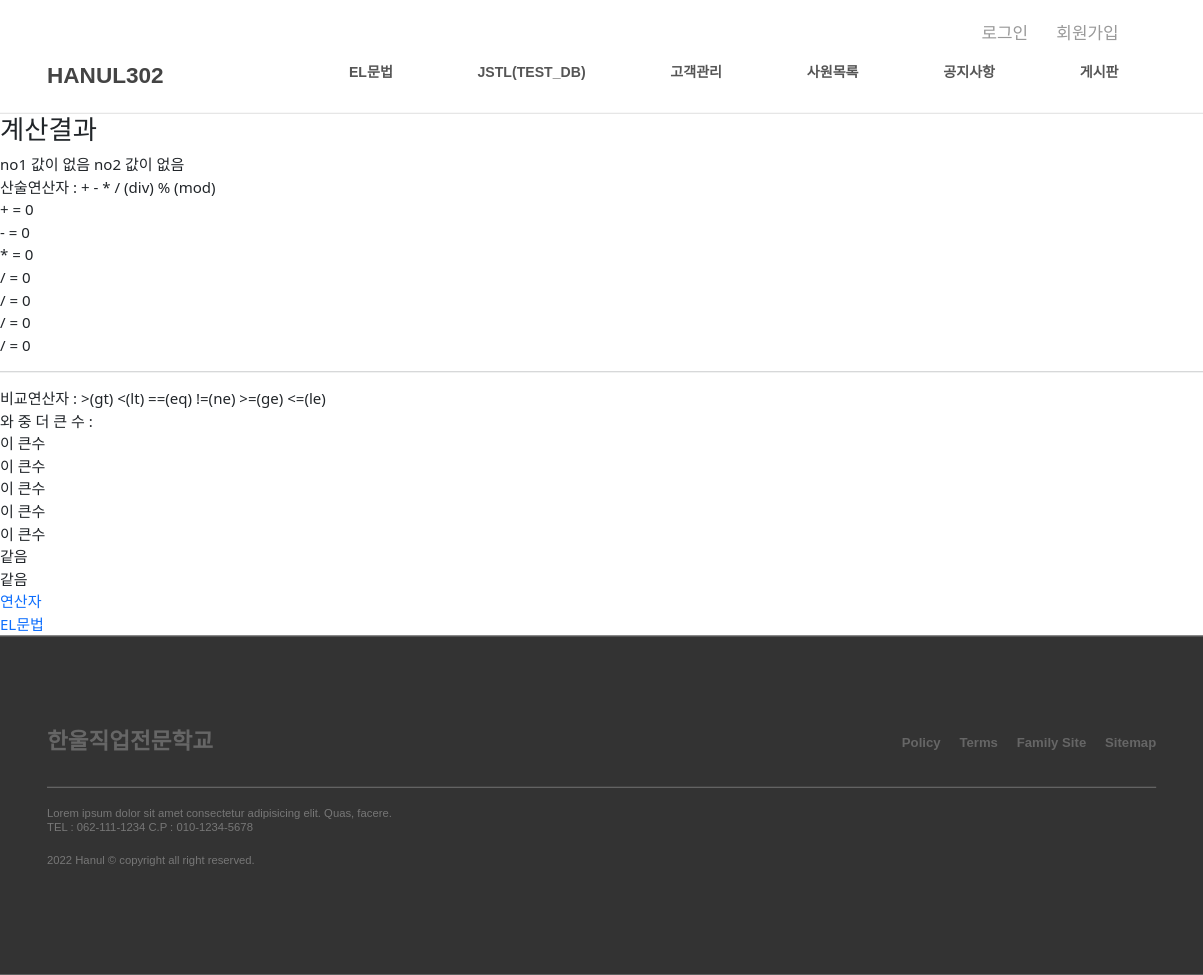
Repository: Xeyeong/servlet
Page: http://localhost/05.MiniProject/el/calculator.jsp
The author's editor kept a copy of each file at every save. The page is drawn from the files as they stood at one save, then again after the next save.
The browser window is 1280 px wide. The pictures show the whole page, at 94% of full size.
Some web libraries are served in a nearby version. The page is served by Tomcat 9.

Above is the page before, as saved 2022-09-20 03:45:24.

After the next save:
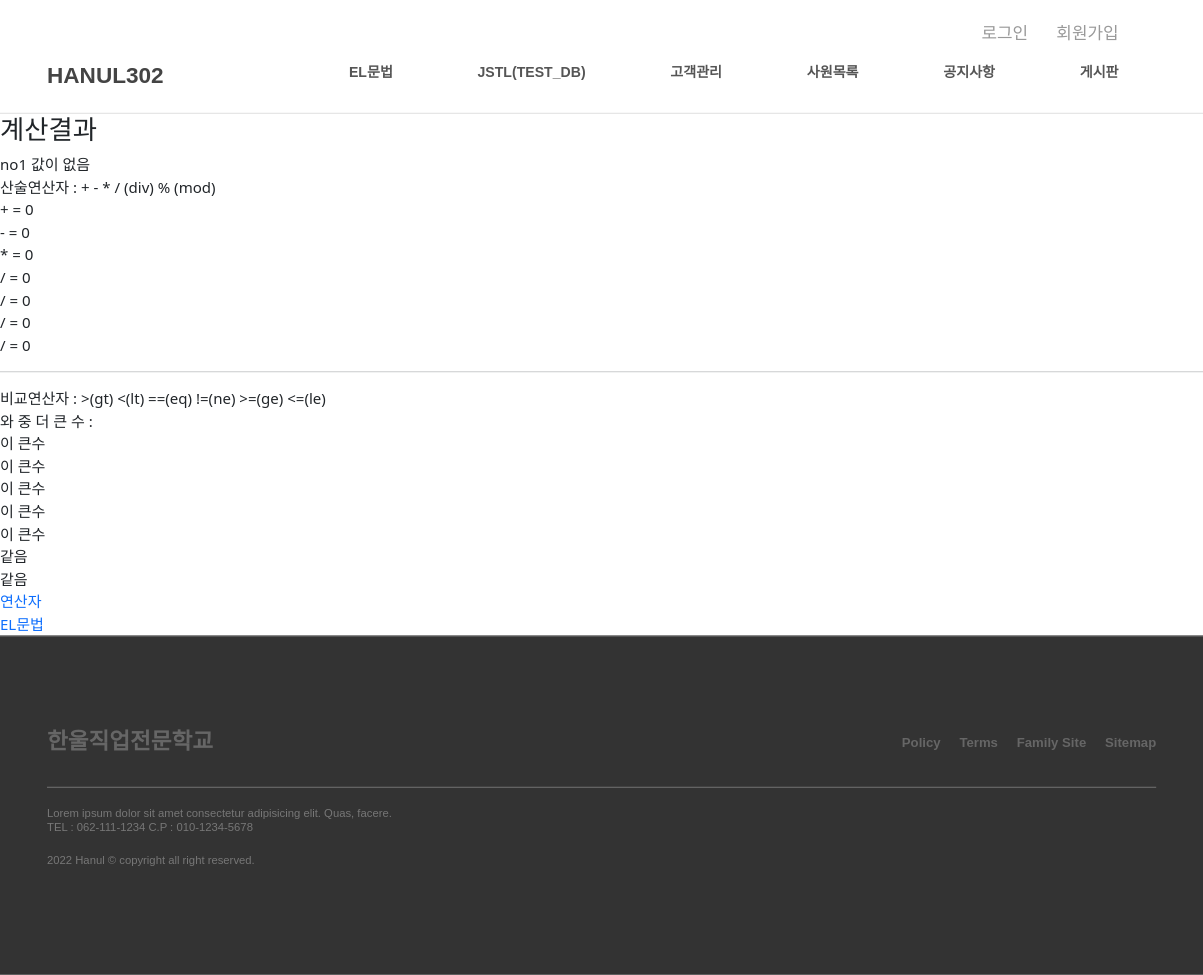
Saved 28 s later.
--- a/05.MiniProject/src/main/webapp/el/calculator.jsp
+++ b/05.MiniProject/src/main/webapp/el/calculator.jsp
@@ -12,7 +12,7 @@
 	<h3>계산결과</h3>
 
 	${empty param.no1 ? "no1 값이 없음" : "" }
-	${empty param.no2 ? "no2 값이 없음" : "" }
+	${!empty param.no2 ? "no2 값이 있음" : "" }
 	<div>산술연산자 : + - * / (div) % (mod)</div>
 
 	<div>${param.no1} + ${param.no2} = ${param.no1 + param.no2}</div>
